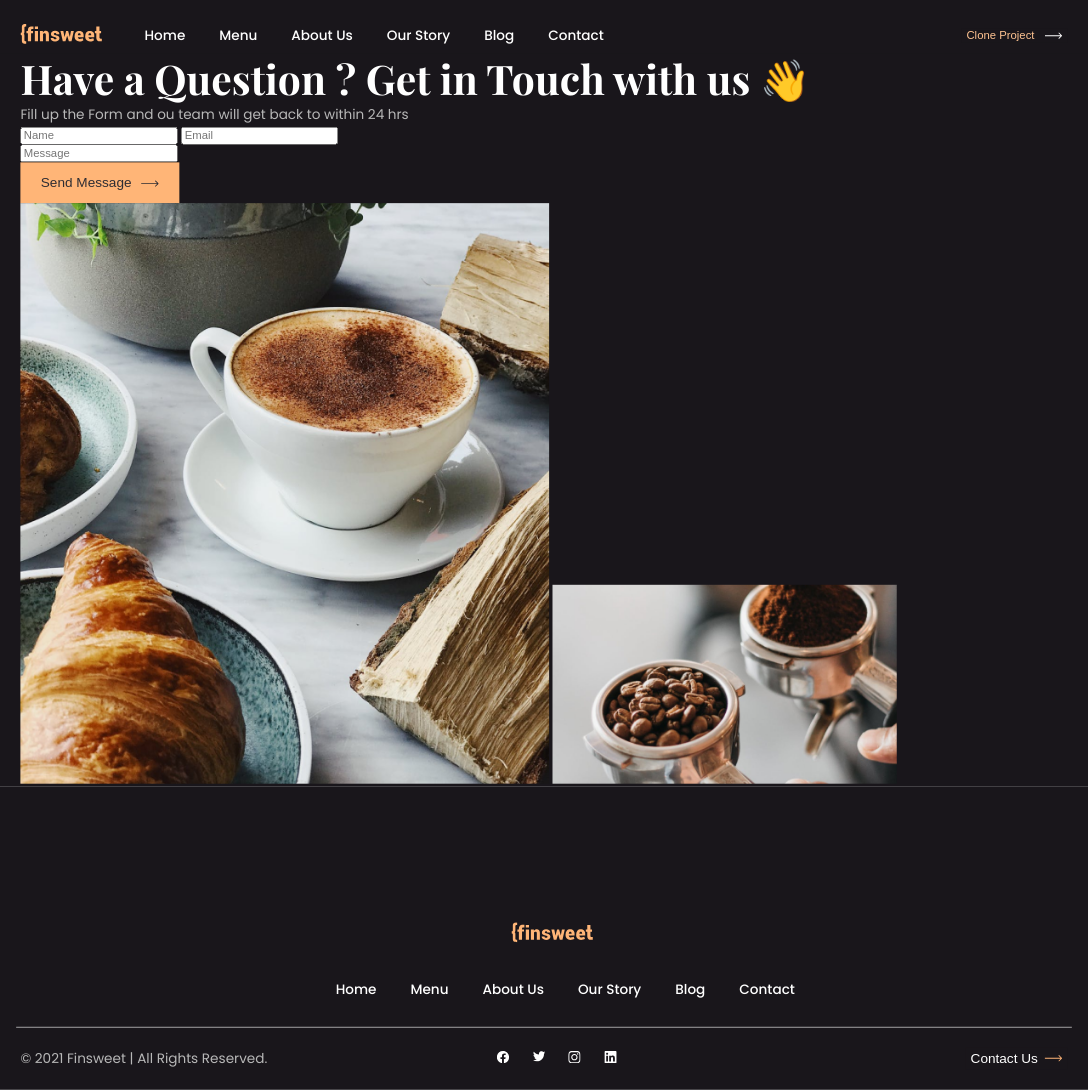
Repository: Minns-Cao/project-finsweet
Page: contact.html
An editor plug-in stored every save of this project. The page is shown before and after a run of saves, followed by the edit.
The browser window is 1280 px wide. The pictures show the whole page, at 85% of full size.
Some web fonts or font styles are not loaded; a fallback is used.

Above is the page before, as saved 2023-05-05 13:49:59.

### contact.html
<!DOCTYPE html>
<html lang="en">
    <head>
        <meta charset="UTF-8" />
        <meta http-equiv="X-UA-Compatible" content="IE=edge" />
        <meta name="viewport" content="width=device-width, initial-scale=1.0" />
        <title>Finsweet</title>
        <!-- Reset CSS -->
        <link rel="stylesheet" href="./assets/css/reset.css" />
        <!-- Style -->
        <link rel="stylesheet" href="./assets/css/style.css" />
        <link rel="stylesheet" href="./assets/css/style_contact.css" />
        <!-- Fonts -->
        <link rel="preconnect" href="https://fonts.googleapis.com" />
        <link rel="preconnect" href="https://fonts.gstatic.com" crossorigin />
        <link
            href="https://fonts.googleapis.com/css2?family=Playfair+Display:ital,wght@0,400;0,500;0,600;0,700;0,800;0,900;1,400;1,500;1,600;1,700;1,800;1,900&family=Poppins:ital,wght@0,300;0,400;0,500;0,600;1,300;1,400;1,500;1,600&display=swap"
            rel="stylesheet"
        />
    </head>
    <body>
        <!-- ========================================Contact Page================================================ -->
        <!-- Header -->
        <header class="fixed header">
            <div class="main-content">
                <div class="body">
                    <!-- Logo -->
                    <a href="./index.html"
                        ><img
                            src="./assets/img/Logo.svg"
                            alt="logo"
                            class="logo"
                    /></a>
                    <!-- Navigation -->
                    <div class="nav">
                        <ul>
                            <li>
                                <a href="./index.html">Home</a>
                            </li>
                            <li>
                                <a href="./menu.html">Menu</a>
                            </li>
                            <li>
                                <a href="./aboutUs.html">About Us</a>
                            </li>
                            <li>
                                <a href="./ourStory.html">Our Story</a>
                            </li>
                            <li>
                                <a href="./blog.html">Blog</a>
                            </li>
                            <li>
                                <a href="./contact.html">Contact</a>
                            </li>
                        </ul>
                    </div>
                    <!-- Action -->
                    <button class="action">
                        <span class="label">Clone Project</span>
                        <img
                            src="./assets/img/arrow-to-right.svg"
                            alt="arrow-to-right"
                            class="arrow-to-right"
                        />
                    </button>

                    <!-- Navigation Mobile -->
                    <label for="nav-mb-checkbox" class="nav-mb-btn">
                        <svg
                            xmlns="http://www.w3.org/2000/svg"
                            viewBox="0 0 448 512"
                            width="32"
                            height="32"
                        >
                            <path
                                d="M0 96C0 78.3 14.3 64 32 64H416c17.7 0 32 14.3 32 32s-14.3 32-32 32H32C14.3 128 0 113.7 0 96zM0 256c0-17.7 14.3-32 32-32H416c17.7 0 32 14.3 32 32s-14.3 32-32 32H32c-17.7 0-32-14.3-32-32zM448 416c0 17.7-14.3 32-32 32H32c-17.7 0-32-14.3-32-32s14.3-32 32-32H416c17.7 0 32 14.3 32 32z "
                                fill="#FFB577"
                            />
                        </svg>
                    </label>

                    <input
                        class="nav-input"
                        type="checkbox"
                        name="nav-mb-checkbox"
                        id="nav-mb-checkbox"
                    />

                    <label for="nav-mb-checkbox" class="nav_overlay"></label>

                    <div class="nav-mb">
                        <div class="exit-bar">
                            <!-- Logo -->
                            <a href="./index.html"
                                ><img
                                    src="./assets/img/Logo.svg"
                                    alt="logo"
                                    class="logo"
                            /></a>
                            <!-- exit button -->
                            <label for="nav-mb-checkbox">
                                <svg
                                    xmlns="http://www.w3.org/2000/svg"
                                    viewBox="0 0 512 512"
                                    width="32"
                                    height="32"
                                    class="exit-btn"
                                >
                                    <path
                                        d="M256 512A256 256 0 1 0 256 0a256 256 0 1 0 0 512zM175 175c9.4-9.4 24.6-9.4 33.9 0l47 47 47-47c9.4-9.4 24.6-9.4 33.9 0s9.4 24.6 0 33.9l-47 47 47 47c9.4 9.4 9.4 24.6 0 33.9s-24.6 9.4-33.9 0l-47-47-47 47c-9.4 9.4-24.6 9.4-33.9 0s-9.4-24.6 0-33.9l47-47-47-47c-9.4-9.4-9.4-24.6 0-33.9z"
                                        fill="#FFB577"
                                    />
                                </svg>
                            </label>
                        </div>
                        <ul>
                            <li>
                                <a href="./index.html">Home</a>
                            </li>
                            <li>
                                <a href="./menu.html">Menu</a>
                            </li>
                            <li>
                                <a href="./aboutUs.html">About Us</a>
                            </li>
                            <li>
                                <a href="./ourStory.html">Our Story</a>
                            </li>
                            <li>
                                <a href="./blog.html">Blog</a>
                            </li>
                            <li>
                                <a href="./contact.html">Contact</a>
                            </li>
                        </ul>
                    </div>
                </div>
            </div>
        </header>
        <!-- Main -->
        <main>
            <!-- contactUs -->
            <div class="contact-us">
                <div class="main-content">
                    <div class="left-column">
                        <h2 class="heading lv2">
                            Have a Question ? Get in Touch with us 👋
                        </h2>
                        <p class="desc">
                            Fill up the Form and ou team will get back to within
                            24 hrs
                        </p>
                        <div class="input">
                            <div class="input-info">
                                <input
                                    type="text"
                                    class="inp-name"
                                    placeholder="Name"
                                />
                                <input
                                    type="text"
                                    class="inp-email"
                                    placeholder="Email"
                                />
                            </div>
                            <input
                                type="text"
                                class="inp-msg"
                                placeholder="Message"
                            />
                        </div>
                        <button class="btn">
                            <span class="label-med">Send Message</span>
                            <img
                                src="./assets/img/arrow-to-right-black.svg"
                                alt="arrow-to-right"
                                class="arrow-to-right"
                            />
                        </button>
                    </div>
                    <div class="right-column">
                        <div class="images">
                            <img src="./assets/img/Header Image.png" alt="" class="img">
                            <img src="./assets/img/Image-Blog.png" alt="" class="img">
                        </div>
                    </div>
                </div>
            </div>
        </main>
        <!-- Footer -->
        <footer class="footer">
            <div class="main-content">
                <div class="body">
                    <!-- Logo -->
                    <a href="#"
                        ><img
                            src="./assets/img/Logo.svg"
                            alt="logo"
                            class="logo"
                    /></a>
                    <!-- Navigation -->
                    <div class="nav">
                        <ul>
                            <li>
                                <a href="./index.html">Home</a>
                            </li>
                            <li>
                                <a href="#">Menu</a>
                            </li>
                            <li>
                                <a href="./aboutUs.html">About Us</a>
                            </li>
                            <li>
                                <a href="./ourStory.html">Our Story</a>
                            </li>
                            <li>
                                <a href="./blog.html">Blog</a>
                            </li>
                            <li>
                                <a href="./contact.html">Contact</a>
                            </li>
                        </ul>
                    </div>
                    <!-- Contact-Footer -->
                    <div class="contact-footer">
                        <!-- Copyright -->
                        <div class="container">
                            <p class="copyright">
                                © 2021 Finsweet | All rights reserved.
                            </p>
                        </div>
                        <!-- Socials -->
                        <div class="socials-list">
                            <div class="social">
                                <img
                                    src="./assets/img/icon/icon_facebook.svg"
                                    alt="icon_facebook"
                                />
                            </div>
                            <div class="social">
                                <img
                                    src="./assets/img/icon/icon_twitter.svg"
                                    alt="icon_twitter"
                                />
                            </div>
                            <div class="social">
                                <img
                                    src="./assets/img/icon/icon_instagram.svg"
                                    alt="icon_instagram"
                                />
                            </div>
                            <div class="social">
                                <img
                                    src="./assets/img/icon/icon_linkin.svg"
                                    alt="icon_linkin"
                                />
                            </div>
                        </div>
                        <!-- action -->
                        <button
                            class="action"
                            onclick="window.location.href='./contact.html'"
                        >
                            <span class="label-med">Contact Us</span>
                            <svg
                                width="21"
                                height="8"
                                viewBox="0 0 21 8"
                                fill="none"
                                xmlns="http://www.w3.org/2000/svg"
                            >
                                <path
                                    d="M20.3536 4.35355C20.5488 4.15829 20.5488 3.84171 20.3536 3.64645L17.1716 0.464466C16.9763 0.269204 16.6597 0.269204 16.4645 0.464466C16.2692 0.659728 16.2692 0.976311 16.4645 1.17157L19.2929 4L16.4645 6.82843C16.2692 7.02369 16.2692 7.34027 16.4645 7.53553C16.6597 7.7308 16.9763 7.7308 17.1716 7.53553L20.3536 4.35355ZM0 4.5L20 4.5V3.5L0 3.5L0 4.5Z"
                                    fill="#FFB577"
                                />
                            </svg>
                        </button>
                    </div>
                </div>
            </div>
        </footer>
    </body>
</html>

### assets/css/style.css
* {
    box-sizing: border-box;
}

:root {
    --primary-color: #ffb577;
    --background-color: #19161b;
    --font-heading: Playfair Display, "serif";
}

html,
body {
    scroll-behavior: smooth;
}

html {
    font-size: 62.5%;
}

body {
    font-size: 1.6rem;
    font-family: "Poppins", sans-serif;
}

/* ================common=================*/
.main-content {
    width: 1280px;
    max-width: calc(100% - 48px);
    margin-left: auto;
    margin-right: auto;
}

a {
    text-decoration: none;
}

.btn {
    border: none;
    background: #ffb577;
    padding: 12px 24px;
}

.label-med {
    margin-right: 8px;
    font-weight: 500;
    font-size: 1.6rem;
    line-height: 1.5;
    color: #2e2d33;
}

.label-extransmall {
    font-weight: 500;
    font-size: 1.2rem;
    line-height: 1.33;
    color: #ffffff;
}

.heading {
    font-family: var(--font-heading);
    font-style: normal;
    color: #ffffff;
}

.lv1 {
    font-weight: 700;
    font-size: 5.6rem;
    line-height: 1.21;
}

.lv2 {
    font-weight: 700;
    font-size: 4.8rem;
    line-height: 1.21;
}

.lv3 {
    font-weight: 700;
    font-size: 3.3rem;
    line-height: 1.5;
}

.lv4 {
    font-weight: 700;
    font-size: 2rem;
    line-height: 1.5;
}

.lv5 {
    font-weight: 700;
    font-size: 1.4rem;
    line-height: 1.5;
}

.desc {
    font-weight: 400;
    font-size: 1.6rem;
    line-height: 1.75;
    color: #b8b8b8;
}

.caption {
    position: relative;
    display: inline-block;
    font-family: var(--font-heading);
    font-weight: 400;
    font-size: 1.6rem;
    line-height: 1.5;
    color: #ffb577;
}

.caption::after {
    position: absolute;
    content: "";
    display: block;
    width: 48px;
    border: 0.5px solid #ffffff;
    top: 50%;
    right: calc(-48px - 16px);
}

/* ================Header=================*/
.fixed {
    position: sticky;
    top: -20px;
    z-index: 1;
}

.header {
    background-color: var(--background-color);
}

.header .body {
    display: flex;
    align-items: center;
    padding: 28px 0px 8px;
}

.nav ul {
    display: flex;
    gap: 40px;
    margin-left: 50px;
}

.nav li a {
    font-weight: 500;
    font-size: 1.6rem;
    line-height: 1.5;
    color: #ffffff;
}

.header .action {
    display: flex;
    justify-content: center;
    align-items: center;
    margin-left: auto;
    border: none;
    background-color: var(--background-color);
}

.header .action .label {
    margin-right: 12px;
    color: #ffc492;
}

.header .nav-mb-btn {
    display: none;
}

.header .nav-mb {
    position: fixed;
    background-color: var(--background-color);
    top: 0;
    right: 0;
    width: 320px;
    max-width: 100%;
    height: 100vh;
    z-index: 1;
    padding: 26px;
    transform: translateX(100%);
    transition: transform ease-in 0.2s;
}

.nav_overlay {
    display: none;
    position: fixed;
    top: 0;
    right: 0;
    left: 0;
    bottom: 0;
    background-color: rgba(0, 0, 0, 0.5);
    animation: fadeIn linear 0.5s;
}

.nav-input {
    display: none;
}

/* ================Footer=================*/

.footer {
    background-color: var(--background-color);
    padding-top: 160px;
    padding-bottom: 24px;
}

.footer .logo {
    display: block;
    margin-left: auto;
    margin-right: auto;
    transform: translateX(+10%);
}

.footer .nav {
    position: relative;
    display: flex;
    justify-content: center;
    align-items: center;

    margin-top: 43px;
}

.footer .nav::after {
    position: absolute;
    content: "";
    display: block;
    width: 97vw;
    height: 0.5px;
    background-color: #fff;
    bottom: -32px;
    opacity: 0.7;
}

.contact-footer {
    display: flex;
    justify-content: space-between;
    align-items: center;
    margin-top: 56px;
}

.contact-footer .copyright {
    font-weight: 400;
    font-size: 1.6rem;
    line-height: 1.5;
    text-transform: capitalize;
    color: #b8b8b8;
}

.contact-footer .socials-list {
    display: flex;
    gap: 27px;
    transform: translateX(-50%);
}

.contact-footer .action {
    display: flex;
    justify-content: center;
    align-items: center;
    border: none;
    background-color: var(--background-color);
}

.contact-footer .action .label-med {
    color: #ffffff;
}

/* ==================Responsive==================== */

@media (max-width: 768px) {
    /* Responsive Header */
    .header .nav,
    .header .action {
        display: none;
    }

    .header .nav-mb-btn {
        display: block;
        margin-left: auto;
    }

    .nav-input:checked ~ .nav_overlay {
        display: block;
    }

    .nav-input:checked ~ .nav-mb {
        transform: translateX(0);
    }

    .nav-mb .exit-bar {
        position: relative;
        display: flex;
        justify-content: space-between;
        align-items: center;
        margin-bottom: 40px;
    }

    .nav-mb .exit-bar::after {
        position: absolute;
        content: "";
        bottom: -20px;
        width: 100%;
        border: 0.5px solid #fff;
    }

    .nav-mb ul {
        display: flex;
        flex-direction: column;
        justify-content: center;
        align-items: center;
        gap: 40px;
    }

    .nav-mb li a {
        font-weight: 500;
        font-size: 1.6rem;
        line-height: 1.5;
        color: #ffffff;
    }

    /* ==================Responsive-Footer================== */
    .footer .logo {
        display: none;
    }

    .footer .nav ul {
        flex-direction: column;
        justify-content: center;
        align-items: center;
        margin-left: 0;
    }

    .contact-footer {
        flex-direction: column-reverse;
        justify-content: center;
        align-items: center;
        gap: 10px;
    }

    .contact-footer .socials-list {
        justify-content: center;
        align-items: center;
        transform: translateX(0);
    }

    /* ================Responsive-Contact=================*/

    .contact .body {
        flex-direction: column;
    }

    .contact .body .img-map {
        width: 100%;
        object-fit: cover;
    }
}

@media (max-width: 430px) {
    /* ================Moblie-Responsive-Contact=================*/
    .contact .container {
        padding: 20px !important;
    }
}

@keyframes fadeIn {
    from {
        opacity: 0;
    }
    to {
        opacity: 1;
    }
}

### assets/css/style_contact.css
.contact-us {
    background-color: var(--background-color);
}

Loaded but not shown: assets/css/reset.css (common file)

After the next 2 saves:
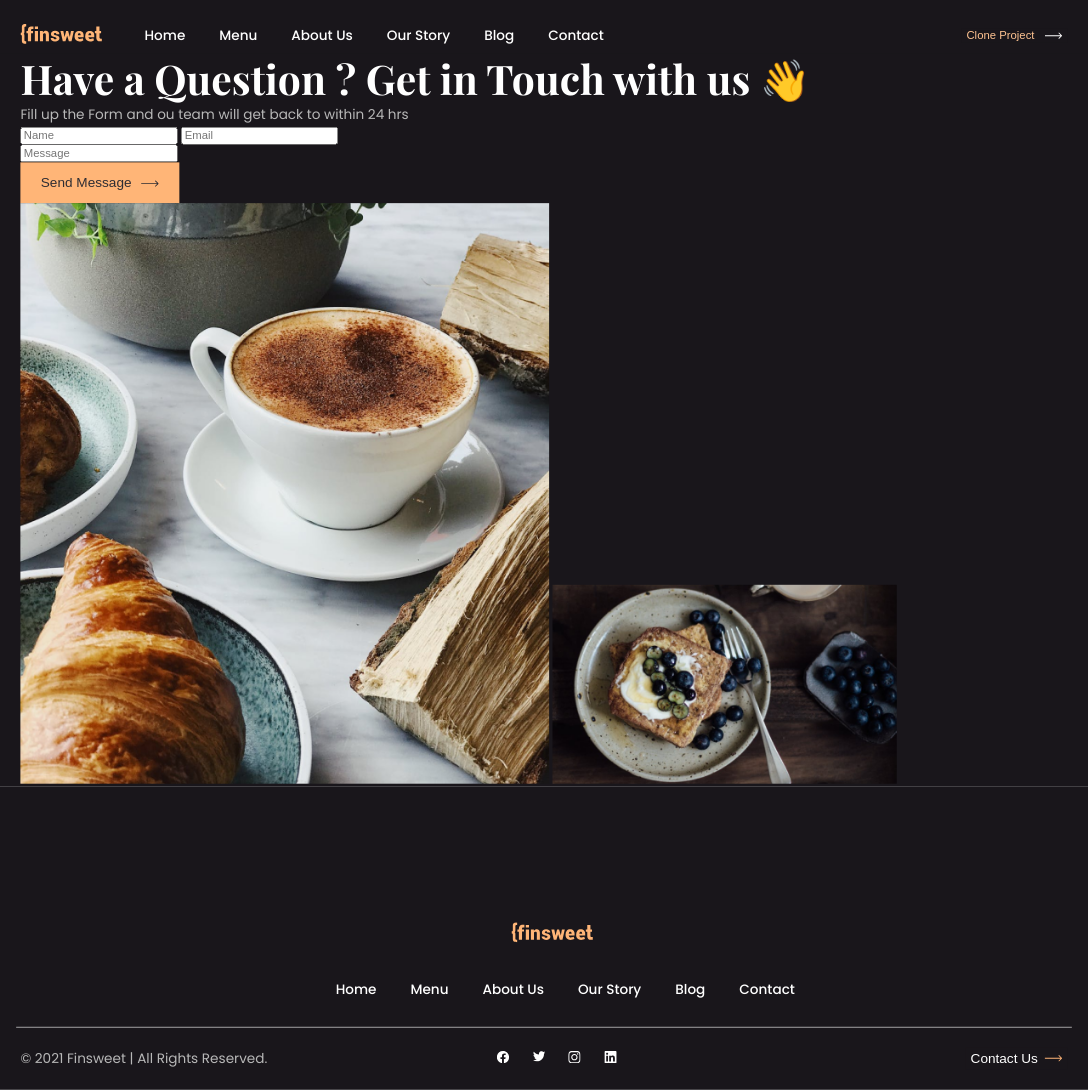
The 2 saves are shown as one change because they came seconds apart.
The last was saved 11 s later.
--- a/contact.html
+++ b/contact.html
@@ -181,7 +181,7 @@
                     <div class="right-column">
                         <div class="images">
                             <img src="./assets/img/Header Image.png" alt="" class="img">
-                            <img src="./assets/img/Image-Blog.png" alt="" class="img">
+                            <img src="./assets/img/Image-Blog-3.png" alt="" class="img">
                         </div>
                     </div>
                 </div>
